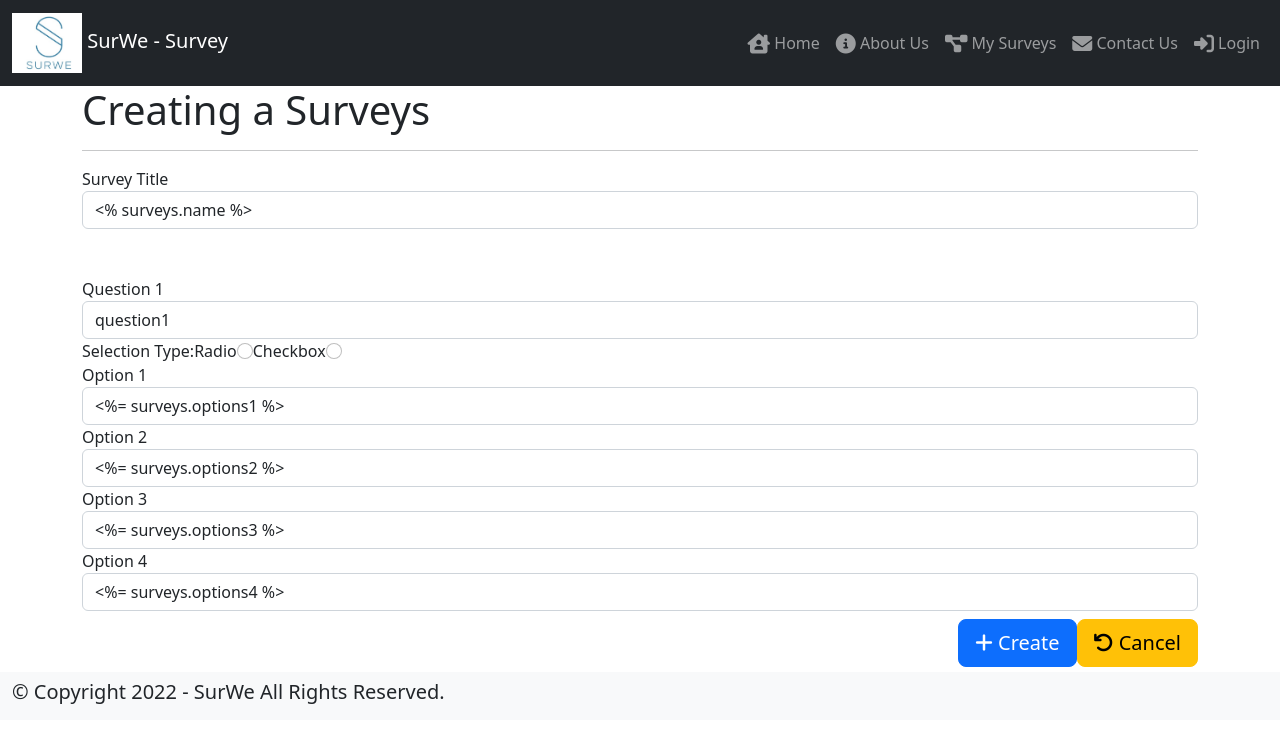
Repository: ryanchandata/comp229-m2022-group6-frontend
Page: /add
The author's editor kept a copy of each file at every save. The page is drawn from the files as they stood at one save, then again after the next save.
The browser window is 1280 px wide. The pictures show the whole page.
The project was rebuilt for these pictures with package versions that can differ from the ones it lists, and the page was loaded fresh each time. Also part of the build but not shown: src/content/home.tsx, src/content/about.tsx, src/content/contact.tsx, src/survey-list/landing.tsx, src/survey-list/edit.tsx, src/content/PageNotFound.tsx, src/authentication/login.tsx, src/authentication/logout.tsx and 1 more.

Above is the page before, as saved 2022-07-29 21:08:56.

### public/index.html
<!DOCTYPE html>
<html lang="en">
  <head>
    <meta charset="utf-8" />
    <link rel="icon" href="%PUBLIC_URL%/favicon.ico" />
    <meta name="viewport" content="width=device-width, initial-scale=1" />
    <meta name="theme-color" content="#000000" />
    <meta
      name="description"
      content="Web site created using create-react-app"
    />
    <link rel="apple-touch-icon" href="%PUBLIC_URL%/logo192.png" />
    <!--
      manifest.json provides metadata used when your web app is installed on a
      user's mobile device or desktop. See https://developers.google.com/web/fundamentals/web-app-manifest/
    -->
    <link rel="manifest" href="%PUBLIC_URL%/manifest.json" />
    <!--
      Notice the use of %PUBLIC_URL% in the tags above.
      It will be replaced with the URL of the `public` folder during the build.
      Only files inside the `public` folder can be referenced from the HTML.

      Unlike "/favicon.ico" or "favicon.ico", "%PUBLIC_URL%/favicon.ico" will
      work correctly both with client-side routing and a non-root public URL.
      Learn how to configure a non-root public URL by running `npm run build`.
    -->
    <title>COMP 229</title>
  </head>
  <body>
    <noscript>You need to enable JavaScript to run this app.</noscript>
    <div id="root"></div>
    <!--
      This HTML file is a template.
      If you open it directly in the browser, you will see an empty page.

      You can add webfonts, meta tags, or analytics to this file.
      The build step will place the bundled scripts into the <body> tag.

      To begin the development, run `npm start` or `yarn start`.
      To create a production bundle, use `npm run build` or `yarn build`.
    -->
  </body>
</html>

### src/App.tsx
import { BrowserRouter, Route, Routes } from 'react-router-dom';

// Common Components
import Header from './components/header';
import Footer from './components/footer';

// Content Components
import Home from './content/home';
import About from './content/about';
import Contact from './content/contact';
import Survey from './survey-list/landing';
import Add from './survey-list/add';
import Edit from './survey-list/edit';
import PageNotFound from './content/PageNotFound';

// Authentication Components
import Login from './authentication/login';
import Logout from './authentication/logout';
import Register from './authentication/register';

// Styles and Fonts
import 'bootstrap/dist/css/bootstrap.min.css';
import '@fortawesome/fontawesome-free/css/all.min.css';
import './App.css';

function App() {

  return (
    <div className="App">
      <BrowserRouter>
        <Header></Header>

        {/* Client-Side Routing */}
        <Routes>
          <Route path="/" element={<Home />} />
          <Route path="/home" element={<Home />} />
          <Route path="/about" element={<About />} />
          <Route path="/contact" element={<Contact />} />
          <Route path="/survey" element={<Survey />} />
          <Route path="/add" element={<Add />} />
          <Route path="/edit" element={<Edit />} />
          <Route path="*" element={<PageNotFound />} />
          <Route path="/login" element={<Login />} />
          <Route path="/logout" element={<Logout />} />
          <Route path="/register" element={<Register />} />
        </Routes>

        <Footer></Footer>
      </BrowserRouter>
    </div>
  );
}

export default App;

### src/components/header.tsx
import React, { useEffect, useState } from 'react';
import { NavLink } from 'react-router-dom';
import logo from './team_logo.jpg';
import AuthService from '../services/auth-service';

console.log(logo);

function Header()
{
  const [ isLoggedIn, setIsLoggedIn ] = useState(false);

  useEffect(()=>{
    setIsLoggedIn(AuthService.getCurrentUser());
  }, []);

  function toggleLogin()
  {
    if(isLoggedIn)
    {
      return(
        <li className='nav-item'>
          <NavLink to={"/logout"} className='nav-link' aria-current="page"><i className="fa-solid fa-right-from-bracket fa-lg"></i> Logout</NavLink>
        </li>
      );
    }
    else
    {
      return(
        <li className="nav-item">
            <NavLink to={"/login"} className="nav-link" aria-current="page" ><i className="fa-solid fa-right-to-bracket fa-lg"></i> Login</NavLink>
          </li>
      );
    }
  }


    return (
        <nav className="navbar navbar-expand-lg navbar-dark bg-dark">
    <div className="container-fluid">
      <NavLink to={"/"} className="navbar-brand"><img src={logo} alt="Logo" height={60} width={70} /> SurWe - Survey</NavLink>
      <button className="navbar-toggler" type="button" data-bs-toggle="collapse" data-bs-target="#navbarSupportedContent" aria-controls="navbarSupportedContent" aria-expanded="false" aria-label="Toggle navigation">
        <span className="navbar-toggler-icon"></span>
      </button>
      <div className="collapse navbar-collapse" id="navbarSupportedContent">
        <ul className="navbar-nav ms-auto mb-2 mb-lg-0">
          <li className="nav-item">
            <NavLink to={"/home"} className="nav-link" aria-current="page"><i className="fa-solid fa-house-chimney-user fa-lg"></i> Home</NavLink>
          </li>
          <li className="nav-item">
            <NavLink to={"/about"} className="nav-link" aria-current="page"><i className="fa-solid fa-circle-info fa-lg"></i> About Us</NavLink>
          </li>
          <li className="nav-item">
            <NavLink to={"/survey"} className="nav-link" aria-current="page"><i className="fa-solid fa-diagram-project fa-lg"></i> My Surveys</NavLink>
          </li>
          <li className="nav-item">
            <NavLink to={"/contact"} className="nav-link" aria-current="page"><i className="fa-solid fa-envelope fa-lg"></i> Contact Us</NavLink>
          </li>

          { toggleLogin() }

        </ul>
      </div>
    </div>
  </nav>
    )
}

export default Header;

### src/components/footer.tsx
import React from 'react';

// Footer Component
function Footer()
{
    function getDate(): number
    {
      let date = new Date();
      return date.getFullYear();
    }
    return(
        <nav className="navbar fixed-bottom bg-light">
          <div className="container-fluid">
          <h5 id="copyright">&copy; Copyright { getDate()} - SurWe All Rights Reserved.</h5>
         </div>
        </nav>
    );
}

export default Footer;

### src/survey-list/add.tsx
import React, { useEffect, useState } from 'react';
import { Link, useNavigate } from 'react-router-dom';
import SurveyService from '../services/survey-service';
import SurveyModel from '../models/Survey';

function Add()
{
    const [ name, setName ] = useState('');
    const [ responses, setResponses ] = useState('');
    const [ title, setTitle ] = useState('');
    const [ optionType, setOptionType ] = useState('');
    const [ details, setDetails ] = useState('');
    const navigate = useNavigate(); // alias

    useEffect(()=>{
        document.title = "Creating Surveys";
    });

    function handleCreate(event: any)
    {
        event.preventDefault();
        const SurveyData: SurveyModel =
        {
            name: name,
            responses: responses,
            title: title,
            optionType: optionType,
            details: details
        }

        SurveyService.add(SurveyData.name, SurveyData.responses, SurveyData.title, SurveyData.optionType, SurveyData.details)
        .then(() =>{
            navigate('/add');
        }, error =>{
            // TODO: Needs Flash Messaging
            window.location.reload();
        });
    }

    return(
        <div className="container">
            <h1>Creating a Surveys</h1>
            <hr />
            <form onSubmit = { handleCreate } className="form" method="post">
                <div className="form-group">
                    <label htmlFor="title">Survey Title</label>
                    <input type="text" className="form-control" placeholder="Title" id="name" name="name" value="<% surveys.name %>" required></input><br /><br />
                    <label htmlFor="name">Question 1</label>
                    <input type="text" className="form-control" placeholder="What is your survey question?" id="question1" name="question1" value="question1" required></input>
                    <label htmlFor="optionType">Selection Type:</label>
                    <label htmlFor="optionType">Radio
                    <input type="radio" className="form-check-input" id="optionType1" name="optionType1" value="radio" required></input>
                    </label>
                    <label htmlFor="optionType">Checkbox
                    <input type="radio" className="form-check-input" id="optionType1" name="optionType1" value="checkbox" required></input>
                    </label><br />
                    <label htmlFor="option1">Option 1</label>
                    <input type="text" className="form-control" placeholder="Add option" id="options1" name="options1" value="<%= surveys.options1 %>" required></input>
                    <label htmlFor="option2">Option 2</label>
                    <input type="text" className="form-control" placeholder="Add option" id="options2" name="options2" value="<%= surveys.options2 %>" required></input>
                    <label htmlFor="option3">Option 3</label>
                    <input type="text" className="form-control" placeholder="Add option, if any" id="options3" name="options3" value="<%= surveys.options3 %>" ></input>
                    <label htmlFor="option4">Option 4</label>
                    <input type="text" className="form-control" placeholder="Add option, if any" id="options4" name="options4" value="<%= surveys.options4 %>" ></input>
                </div>
                <div className="text-end mt-2">
                        <button id="submitButton" type="submit" className="btn btn-primary btn-lg"><i className="fa-solid fa-plus"></i> Create</button>
                        <Link to= {"/home"} className="link"><button id="cancelButton" type="reset" className="btn btn-warning btn-lg">
                            <i className="fas fa-undo"></i> Cancel</button></Link>
                        </div>
            </form>
        </div>
    );
}

export default Add;

### src/App.css
/* Custom CSS goes here */
body {
    padding-bottom: 70px;
  }

  .input-group-addon:first-child
  {
      border-right: 0;
  }

  .input-group-addon
  {
      padding: 6px 12px;
      font-size: 14px;
      font-weight: 400;
      line-height: 1;
      text-align: center;
      border: 1px solid darkgrey;
      border-radius: 4px;
  }

  .input-group-addon .fa
  {
      font-size: 18px;
  }

  .input-group .form-control
  {
      position:relative;
      z-index: 2;
      float:left;
      margin-bottom: 0;
  }

  .input-group .form-control:last-child
  {
      border-top-left-radius: 0;
      border-bottom-left-radius: 0;
  }



  .login
  {
      padding: 2rem 1rem;
      margin-bottom: 2rem;
      background-color: lightgrey;
      border-radius: .3rem;
  }

  .login input
  {
      background-color: white;
      border-color: darkgrey;
      border-radius: .4em;
      width: 100%;
  }

  .edit-task
  {
      position: relative;
      top: -31px;
      display: none;
  }

  .nav {
      background-color: #ffffff;
      color: #000000;
      list-style: none;
      text-align: right;
      padding: 20px 0 20px;
  }

  .nav > li {
      margin-left: 100px;
      padding: 12px 0 0 5px;
      font-size: 12px;
  }

  .nav > li > a {
      text-decoration: none;
      color: #000000;
  }

  .coname {
      color: #000000;
      float: left;
      padding-left: 25px;
      font-size: 16px;
      font-weight: bold;
  }

### src/services/auth-service.tsx
import http from '../components/http-common';

class AuthService
{
    public login(username: string, password: string)
    {
        return http.post('/login', {username, password})
        .then(response => {
            if(response.data.token)
            {
                localStorage.setItem("user", JSON.stringify(response.data));
            }
            return response.data;
        });
    }

    public logout()
    {
        localStorage.removeItem("user");
    }

    public register(username: string, password: string, firstName: string, lastName: string, emailAddress: string)
    {
        return http.post('register', { username, password, firstName, lastName, emailAddress });
    }

    getCurrentUser()
    {
        const userString = localStorage.getItem("survey") as string;
        if (userString)
        {
            return JSON.parse(userString);
        }
        return false;
    }
}

export default new AuthService();

### src/services/survey-service.tsx
import http from '../components/http-common';

class SurveyService
{
    public add(name: string, responses: Number, title: string, optionType: string, details: string)
    {
        return http.post('add', { name, responses, title, optionType, details });
    }

    getExistingSurvey()
    {
        const surveyString = localStorage.getItem("survey") as string;
        if (surveyString)
        {
            return JSON.parse(surveyString);
        }
        return false;
    }

}

export default new SurveyService();

### src/components/http-common.tsx
import axios from 'axios';
export default axios.create({
    baseURL: "https://comp229-m2022-group6-backend.herokuapp.com/api",
    // baseURL: "http://localhost:3500/api"
    headers: {
        "Content-type": "application/json"
    }
});

Loaded but not shown: src/index.tsx (common file); src/index.css (common file); src/reportWebVitals.ts (common file)

After the next save:
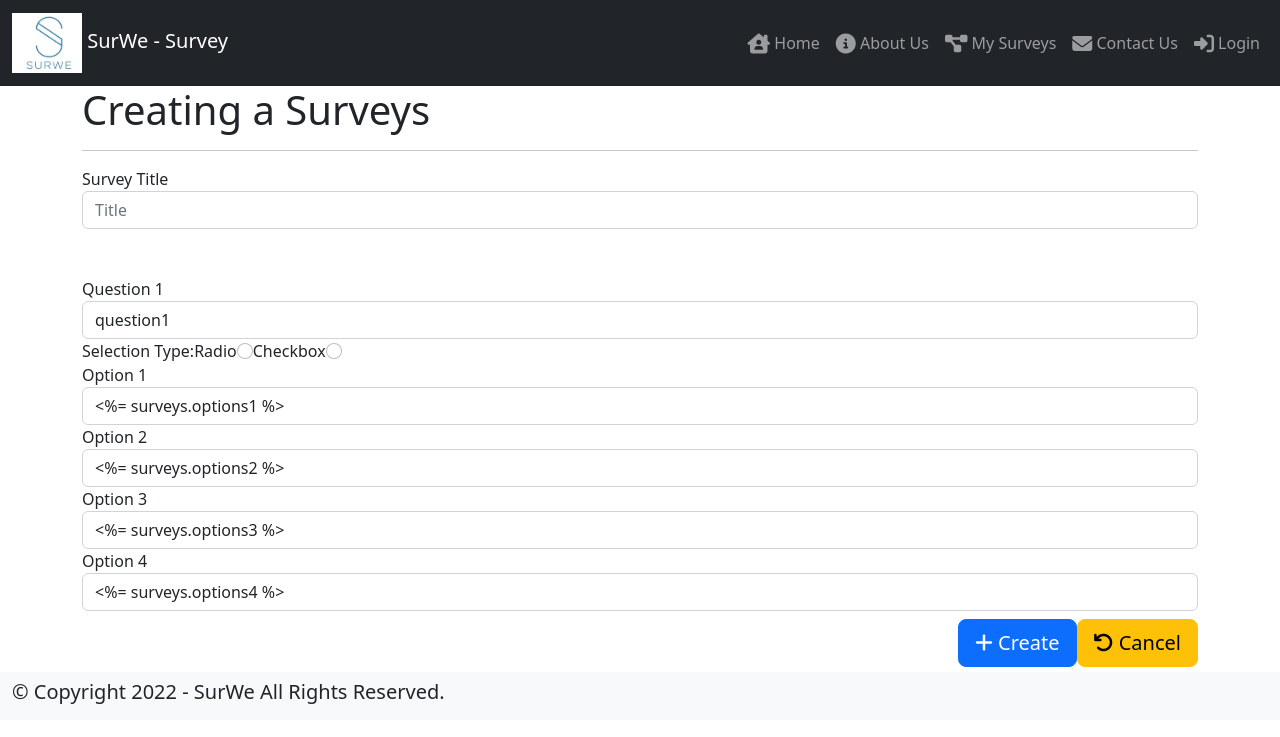
Saved 73 s later.
--- a/src/survey-list/add.tsx
+++ b/src/survey-list/add.tsx
@@ -44,7 +44,7 @@ function Add()
             <form onSubmit = { handleCreate } className="form" method="post">
                 <div className="form-group">
                     <label htmlFor="title">Survey Title</label>
-                    <input type="text" className="form-control" placeholder="Title" id="name" name="name" value="<% surveys.name %>" required></input><br /><br />
+                    <input type="text" className="form-control" placeholder="Title" id="name" name="name" value = { name } onChange = { setName }  required></input><br /><br />
                     <label htmlFor="name">Question 1</label>
                     <input type="text" className="form-control" placeholder="What is your survey question?" id="question1" name="question1" value="question1" required></input>
                     <label htmlFor="optionType">Selection Type:</label>
